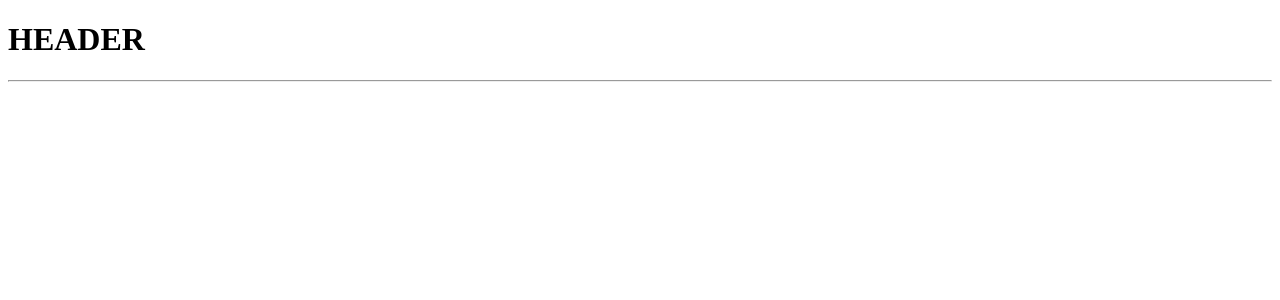
Repository: gitgw016/jsp
Page: http://localhost/08_include/
The author's editor kept a copy of each file at every save. The page is drawn from the files as they stood at one save, then again after the next save.
The browser window is 1280 px wide. The pictures show the whole page.
The page is served by Tomcat 9.

Above is the page before, as saved 2021-12-08 05:21:34.

After the next save:
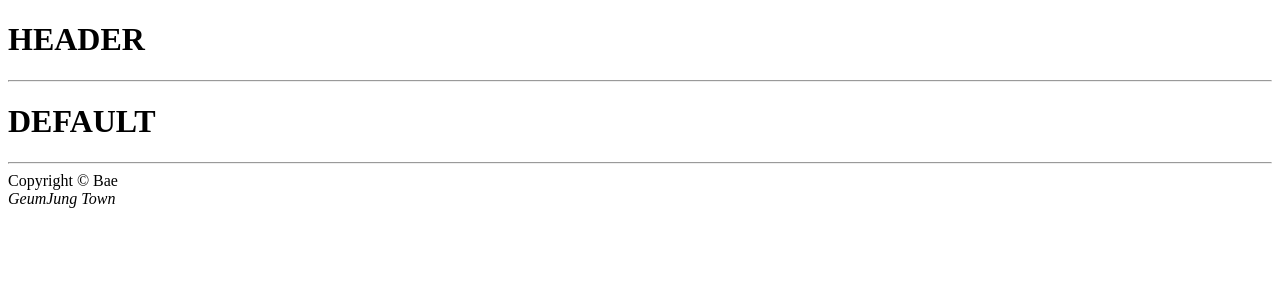
Saved 23 s later.
--- a/08_include/src/main/webapp/index.jsp
+++ b/08_include/src/main/webapp/index.jsp
@@ -8,5 +8,7 @@
 </head>
 <body>
 	<%@ include file="common/header.jsp" %>
+	<%@ include file="default.jsp" %>
+	<%@ include file="common/footer.jsp" %>
 </body>
 </html>
